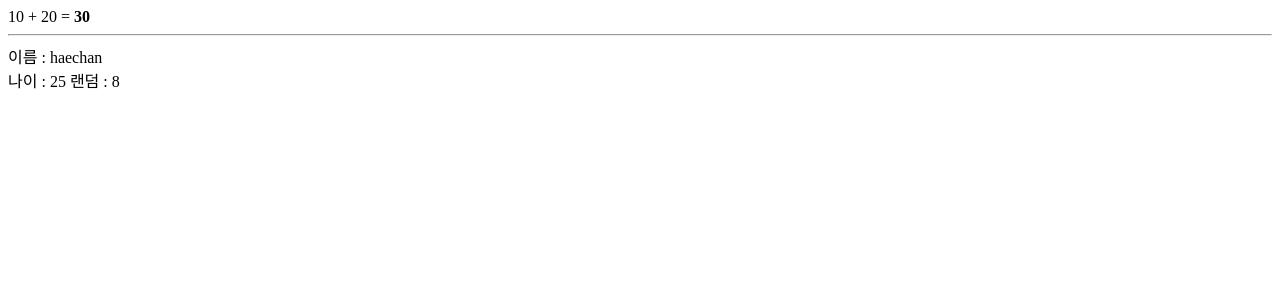
Repository: gangriver/JSP
Page: http://localhost/web-study-01/addtion02.jsp
These files come from the project's save history. The page is drawn as it stood at one moment and after the next save; the edit follows.
The browser window is 1280 px wide. The pictures show the whole page.
The page is served by Tomcat 9.

Above is the page before, as saved 2024-02-28 01:16:10.

After the next save:
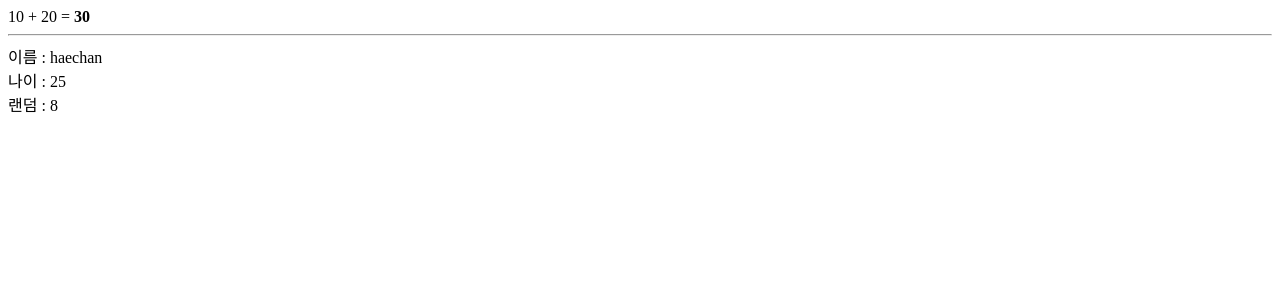
Saved 20 s later.
--- a/web-study-01/src/main/webapp/addtion02.jsp
+++ b/web-study-01/src/main/webapp/addtion02.jsp
@@ -25,7 +25,7 @@
 	%>
 
 	이름 : <%= name %> <br>
-	나이 : <%= age %>
+	나이 : <%= age %> <br>
 	랜덤 : <%= ran %>
 </body>
 </html>
